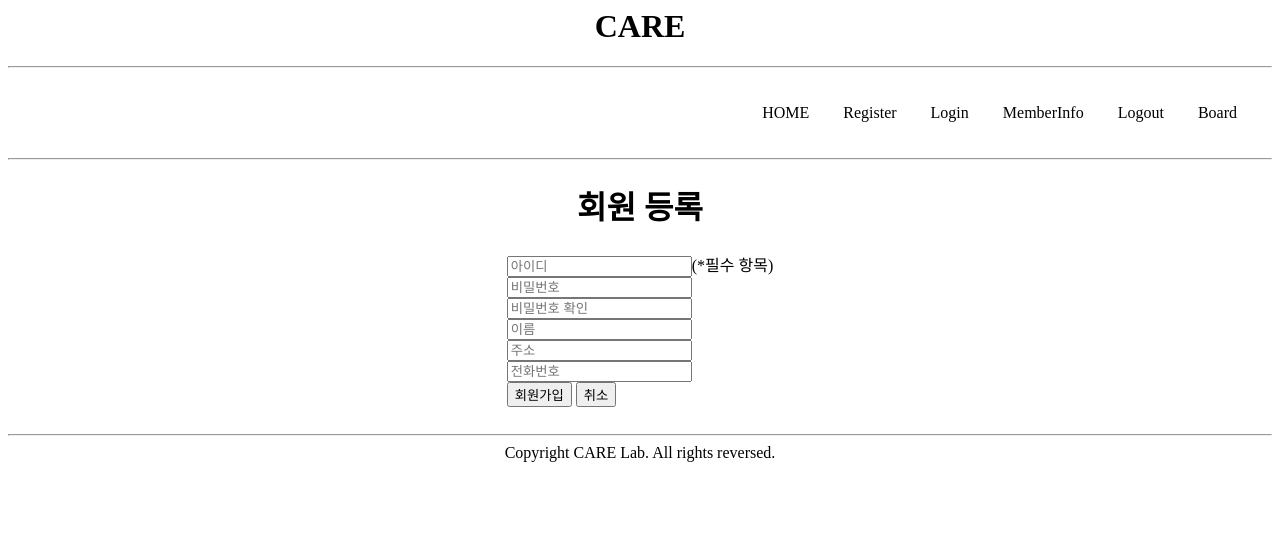
Repository: qldfhr123/Learned_collection
Page: http://localhost/jspExam/session_quiz/register.jsp
An editor plug-in stored every save of this project. The page is shown before and after the next save, followed by the edit.
The browser window is 1280 px wide. The pictures show the whole page.
The page is served by Tomcat 9.

Above is the page before, as saved 2023-06-29 02:00:52.

After the next save:
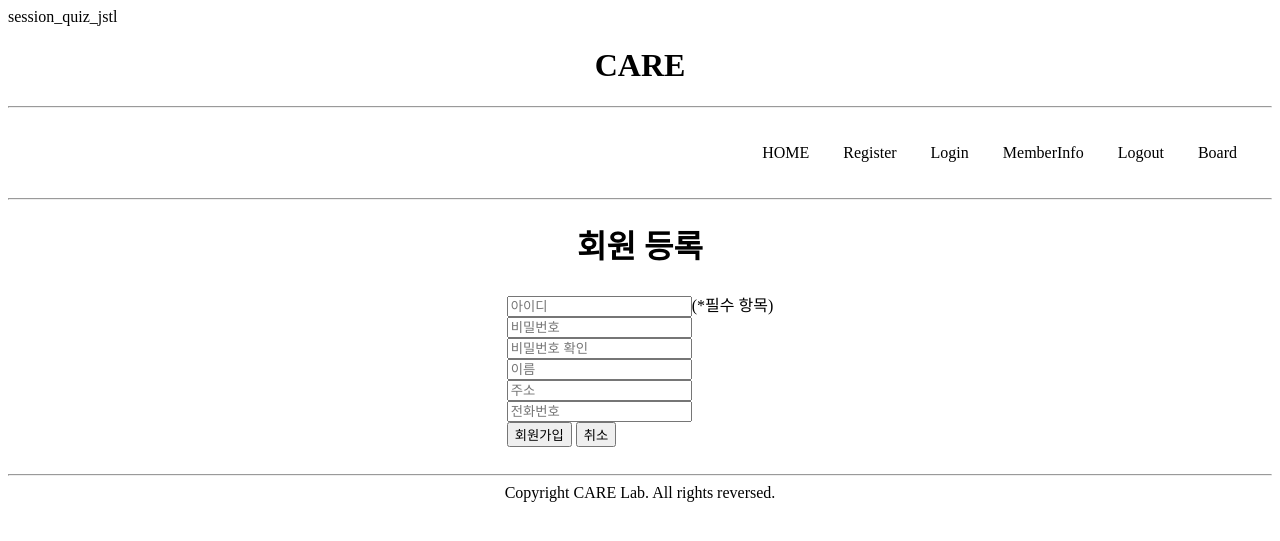
Saved 8 min 32 s later.
--- a/java_workplace/java_workplace/jspExam/src/main/webapp/session_quiz/register.jsp
+++ b/java_workplace/java_workplace/jspExam/src/main/webapp/session_quiz/register.jsp
@@ -1,4 +1,4 @@
-<%@ page language="java" contentType="text/html; charset=UTF-8"
+session_quiz_jstl<%@ page language="java" contentType="text/html; charset=UTF-8"
     pageEncoding="UTF-8"%>
 
 
